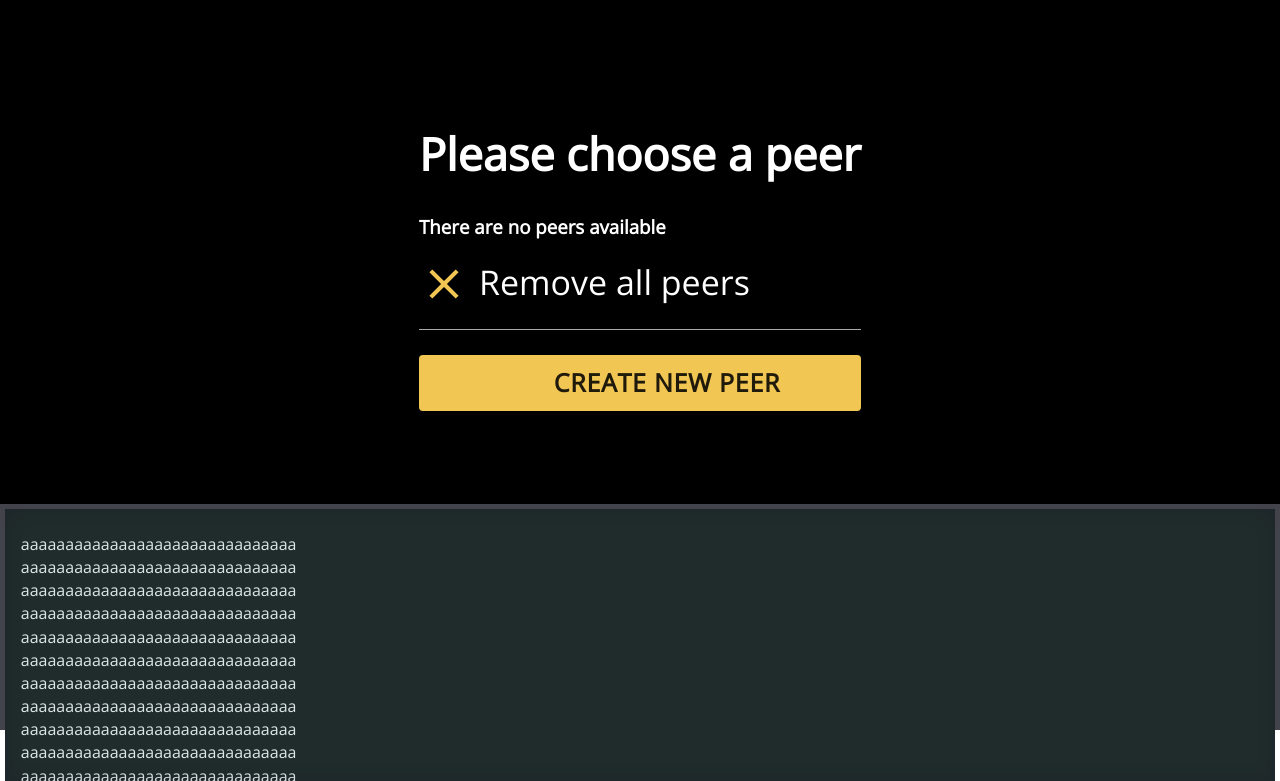
Repository: Bachdz/ASAP-Gui-Frontend
Page: /login
The author's editor kept a copy of each file at every save. The page is drawn from the files as they stood at one save, then again after the next save.
The browser window is 1280 px wide. The pictures show the whole page.
The page's requests for data from a server got no answer. The project was rebuilt for these pictures with package versions that can differ from the ones it lists, and the page was loaded fresh each time. No one was signed in, and anything a server would have sent is missing. Also part of the build but not shown: src/css/loginscreen/Peer.css, src/components/fragments/Footer.js, src/components/mainscreen/subcomponents/Apps.js, src/css/mainscreen/Main.css, src/components/mainscreen/Main.js.

Above is the page before, as saved 2020-12-16 19:54:12.

After the next save:
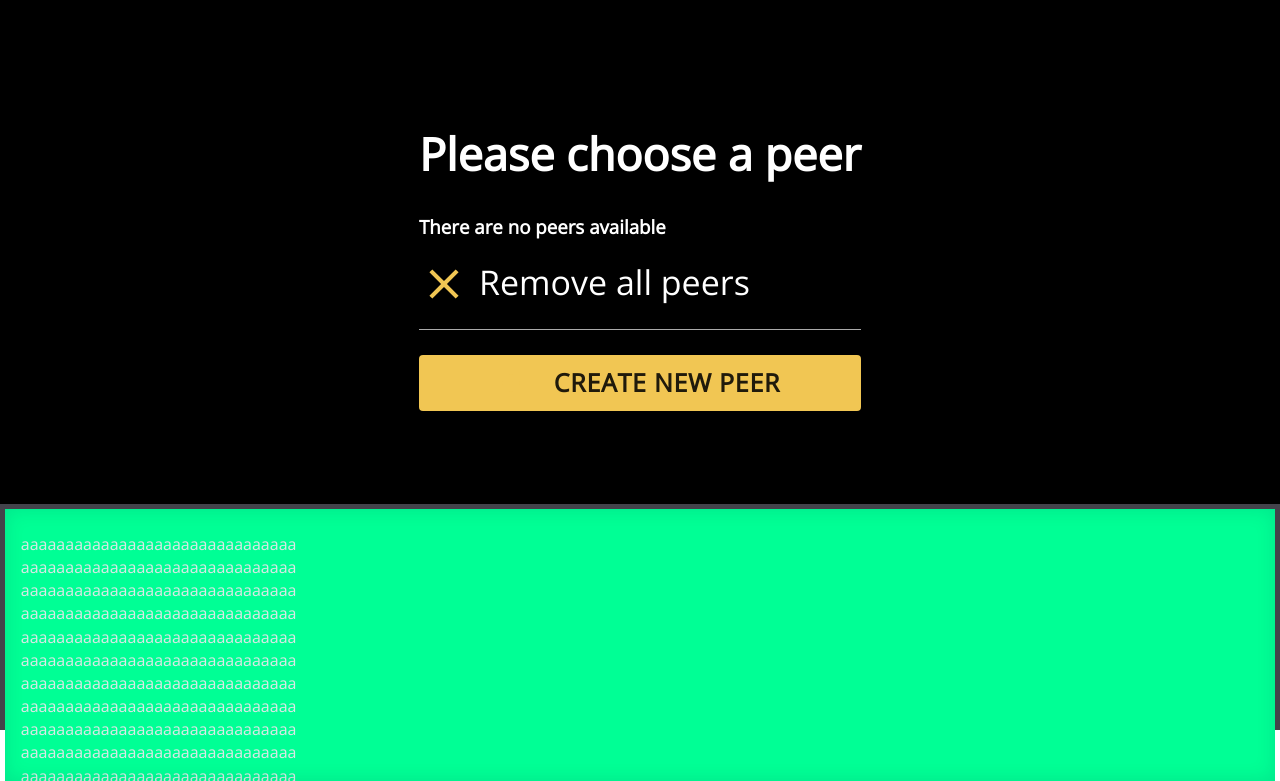
Saved 11 s later.
--- a/src/css/Terminal.css
+++ b/src/css/Terminal.css
@@ -85,7 +85,7 @@
     height: 100%;
     overflow-y: scroll;
     white-space: pre-wrap;
-    background: #202b2b;
+    background: #00ff95;
     color: #dce6e6;
     margin: 0 auto;
     font-family: Monaco, Consolas, "Lucida Console", monospace;
